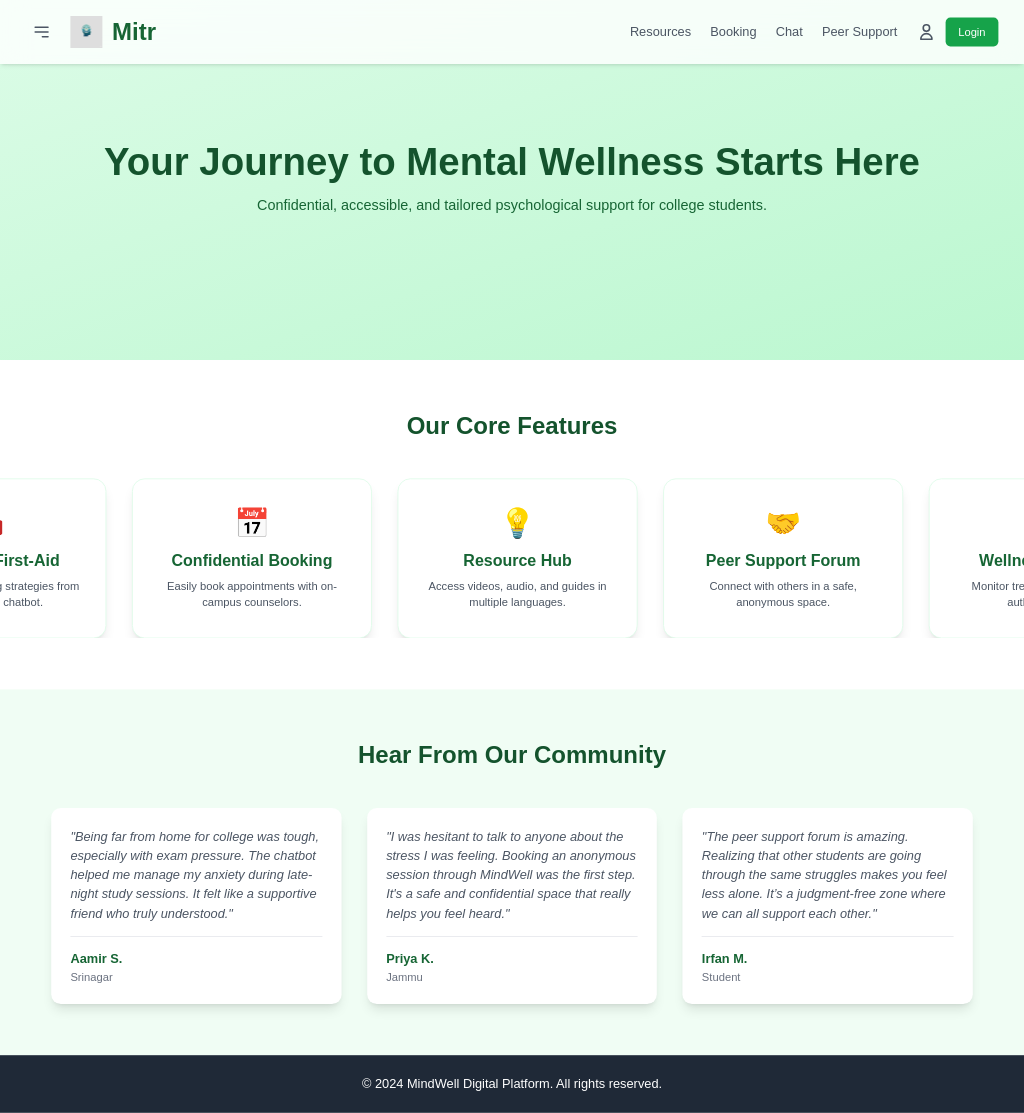
Repository: alokse24b01025/mentalhealth-project-sih-
Page: / (app in p1/)
The author's editor kept a copy of each file at every save. The page is drawn from the files as they stood at one save, then again after the next save.
The browser window is 1280 px wide. The pictures show the whole page, at 80% of full size.
The project was rebuilt for these pictures with package versions that can differ from the ones it lists, and the page was loaded fresh each time. Also part of the build but not shown: p1/vite.config.js, p1/src/components/Chatbot.jsx, p1/src/pages/ChatPage.jsx, p1/src/data/mockResources.js, p1/src/pages/ResourcesPage.jsx, p1/src/data/mockCounselors.js, p1/src/pages/BookingPage.jsx, p1/src/components/PeerSupport.jsx and 3 more.

Above is the page before, as saved 2025-09-10 14:00:49.

### p1/index.html
<!doctype html>
<html lang="en">
  <head>
    <meta charset="UTF-8" />
    <link rel="icon" type="image/svg+xml" href="/logo.png" />
    <meta name="viewport" content="width=device-width, initial-scale=1.0" />
    <title>Mitr</title>
  </head>
  <body>
    <div id="root"></div>
    <script type="module" src="/src/main.jsx"></script>
  </body>
</html>

### p1/src/App.jsx
import React from 'react';
import { BrowserRouter as Router, Routes, Route } from 'react-router-dom';
import { AuthProvider } from './AuthContext'; // Import the provider

// Import your pages
import HomePage from './pages/HomePage';
import ChatPage from './pages/ChatPage';
import ResourcesPage from './pages/ResourcesPage';
import BookingPage from './pages/BookingPage';
import PeerSupportPage from './pages/PeerSupportPage';
import AdminDashboard from './pages/AdminDashboard';
import LoginPage from './pages/LoginPage'; // Import the new login page
import './index.css';

function App() {
  return (
    <AuthProvider> {/* Wrap everything in AuthProvider */}
      <Router>
        <Routes>
          <Route path="/" element={<HomePage />} />
          <Route path="/chat" element={<ChatPage />} />
          <Route path="/resources" element={<ResourcesPage />} />
          <Route path="/booking" element={<BookingPage />} />
          <Route path="/peer-support" element={<PeerSupportPage />} />
         <Route path="/admin" element={<AdminDashboard />} />
          <Route path="/login" element={<LoginPage />} /> {/* Add the login route */}
        </Routes>
      </Router>
    </AuthProvider>
  );
}

export default App;

### p1/src/index.css
@tailwind base;
@tailwind components;
@tailwind utilities;

body {
  font-family: Arial, sans-serif;
  -webkit-font-smoothing: antialiased;
  -moz-osx-font-smoothing: grayscale;
}

### p1/src/AuthContext.jsx
import React, { useContext, useState, useEffect } from 'react';
import { auth } from './firebase';
import {
  onAuthStateChanged,
  signOut,
  signInWithEmailAndPassword
} from "firebase/auth";

const AuthContext = React.createContext();

// This is the function that was likely missing the 'export' keyword
export function useAuth() {
  return useContext(AuthContext);
}

export function AuthProvider({ children }) {
  const [currentUser, setCurrentUser] = useState(null);
  const [loading, setLoading] = useState(true);

  function login(email, password) {
    return signInWithEmailAndPassword(auth, email, password);
  }

  function logout() {
    return signOut(auth);
  }

  useEffect(() => {
    const unsubscribe = onAuthStateChanged(auth, user => {
      setCurrentUser(user);
      setLoading(false);
    });

    return unsubscribe;
  }, []);

  const value = {
    currentUser,
    login,
    logout
  };

  return (
    <AuthContext.Provider value={value}>
      {!loading && children}
    </AuthContext.Provider>
  );
}

### p1/src/pages/HomePage.jsx
import React from 'react';
import { Link } from 'react-router-dom';
import Header from '../components/Header';
import Footer from '../components/Footer';

// Define an array of features to display in the scrolling marquee
const coreFeatures = [
  { to: "/chat", title: "AI-Guided First-Aid", description: "Get immediate coping strategies from our interactive chatbot.", icon: "🤖" },
  { to: "/booking", title: "Confidential Booking", description: "Easily book appointments with on-campus counselors.", icon: "📅" },
  { to: "/resources", title: "Resource Hub", description: "Access videos, audio, and guides in multiple languages.", icon: "💡" },
  { to: "/peer-support", title: "Peer Support Forum", description: "Connect with others in a safe, anonymous space.", icon: "🤝" },
  { to: "/admin", title: "Wellness Tracking", description: "Monitor trends and insights (for authorized staff).", icon: "📊" },
];

// This component defines the look of a single clickable card
const FeatureCard = ({ to, title, description, icon }) => (
  <Link to={to} className="flex-shrink-0 w-[300px] h-[200px] mx-4 p-6 flex flex-col items-center justify-center text-center bg-white border border-green-100 rounded-2xl shadow-lg hover:shadow-2xl hover:scale-105 transform transition-all duration-300">
    <div className="text-4xl mb-3">{icon}</div>
    <h4 className="font-bold text-xl text-green-800">{title}</h4>
    <p className="text-gray-600 text-sm mt-2">{description}</p>
  </Link>
);

// --- NEW: Testimonial Data and Component ---
const testimonials = [
  { name: "Aamir S.", location: "Srinagar", quote: "Being far from home for college was tough, especially with exam pressure. The chatbot helped me manage my anxiety during late-night study sessions. It felt like a supportive friend who truly understood." },
  { name: "Priya K.", location: "Jammu", quote: "I was hesitant to talk to anyone about the stress I was feeling. Booking an anonymous session through MindWell was the first step. It's a safe and confidential space that really helps you feel heard." },
  { name: "Irfan M.", location: "Student", quote: "The peer support forum is amazing. Realizing that other students are going through the same struggles makes you feel less alone. It’s a judgment-free zone where we can all support each other." },
];

const TestimonialCard = ({ name, location, quote }) => (
    <div className="bg-white p-6 rounded-xl shadow-lg flex flex-col">
        <p className="text-gray-600 italic flex-grow">"{quote}"</p>
        <div className="mt-4 pt-4 border-t border-gray-200">
            <p className="font-bold text-green-800">{name}</p>
            <p className="text-sm text-gray-500">{location}</p>
        </div>
    </div>
);


const HomePage = () => {
  return (
    <>
      {/* This style block contains the CSS animation for the marquee effect */}
      <style>
        {`
          @keyframes scroll {
            from {
              transform: translateX(0);
            }
            to {
              transform: translateX(-100%);
            }
          }
          .scrolling-wrapper:hover .scrolling-content {
            animation-play-state: paused;
          }
        `}
      </style>

      <div className="min-h-screen flex flex-col bg-green-50">
        <Header />
        <main className="flex-1 overflow-y-auto">
          {/* Hero Section */}
          <section className="text-center h-[450px] flex items-center justify-center bg-gradient-to-br from-green-100 to-green-200">
            <div className="px-4">
              <h2 className="text-4xl md:text-5xl font-extrabold text-green-900">Your Journey to Mental Wellness Starts Here</h2>
              <p className="mt-4 text-lg text-green-800 max-w-2xl mx-auto">Confidential, accessible, and tailored psychological support for college students.</p>
            </div>
          </section>

          {/* Scrolling Features Section */}
          <section className="py-16 bg-white">
            <h3 className="text-3xl font-bold text-center text-green-900 mb-12">Our Core Features</h3>
            <div className="scrolling-wrapper w-full overflow-hidden relative">
              <div className="scrolling-content flex" style={{ animation: `scroll 40s linear infinite` }}>
                {[...coreFeatures, ...coreFeatures].map((feature, index) => (
                  <FeatureCard key={index} {...feature} />
                ))}
              </div>
            </div>
          </section>

          {/* --- NEW: Testimonials Section --- */}
          <section className="py-16 px-4 bg-green-50">
            <h3 className="text-3xl font-bold text-center text-green-900 mb-12">Hear From Our Community</h3>
            <div className="grid md:grid-cols-3 gap-8 max-w-6xl mx-auto">
                {testimonials.map((testimonial, index) => (
                    <TestimonialCard key={index} {...testimonial} />
                ))}
            </div>
          </section>

        </main>
        <Footer />
      </div>
    </>
  );
};

export default HomePage;

### p1/src/firebase.js
import { initializeApp } from "firebase/app";
import { getAuth } from "firebase/auth";

// IMPORTANT: Replace this with the firebaseConfig object you copied from the Firebase console
const firebaseConfig = {
  apiKey: "YOUR_API_KEY",
  authDomain: "YOUR_AUTH_DOMAIN",
  projectId: "YOUR_PROJECT_ID",
  storageBucket: "YOUR_STORAGE_BUCKET",
  messagingSenderId: "YOUR_MESSAGING_SENDER_ID",
  appId: "YOUR_APP_ID"
};

// Initialize Firebase
const app = initializeApp(firebaseConfig);

// Export the auth instance to be used in other parts of the app
export const auth = getAuth(app);

### p1/src/components/Header.jsx
import React, { useState, useRef, useEffect } from 'react';
import { Link, NavLink } from 'react-router-dom';
import logo from '../assets/logo.png';
import { useAuth } from '../AuthContext';

const Header = () => {
  const { currentUser, logout } = useAuth();
  const [isLoggingOut, setIsLoggingOut] = useState(false);
  const [isMenuOpen, setIsMenuOpen] = useState(false);
  const menuRef = useRef(null);

  // Effect to close the menu when clicking outside of it
  useEffect(() => {
    function handleClickOutside(event) {
      if (menuRef.current && !menuRef.current.contains(event.target)) {
        setIsMenuOpen(false);
      }
    }
    document.addEventListener("mousedown", handleClickOutside);
    return () => {
      document.removeEventListener("mousedown", handleClickOutside);
    };
  }, [menuRef]);

  const handleLogout = async () => {
    setIsLoggingOut(true);
    try {
      await logout();
      setIsMenuOpen(false);
    } catch (error) {
      console.error("Failed to log out:", error);
    } finally {
      setIsLoggingOut(false);
    }
  };

  const profileIcon = (
    <svg xmlns="http://www.w3.org/2000/svg" className="h-6 w-6" fill="none" viewBox="0 0 24" stroke="currentColor" strokeWidth={2}>
      <path strokeLinecap="round" strokeLinejoin="round" d="M16 7a4 4 0 11-8 0 4 4 0 018 0zM12 14a7 7 0 00-7 7h14a7 7 0 00-7-7z" />
    </svg>
  );

  const desktopLinkClass = "text-gray-600 hover:text-green-600 transition-colors";

  return (
    <header className="bg-white/80 backdrop-blur-lg shadow-md fixed top-0 w-full z-50">
      <div className="max-w-7xl mx-auto px-4 sm:px-6 lg:px-8">
        <div className="flex justify-between items-center h-20">

          {/* Left Side: Hamburger Menu, Logo, and Brand Name */}
          <div className="flex items-center gap-x-4">
            {/* Hamburger Button and Dropdown Menu (for future options) */}
            <div className="relative" ref={menuRef}>
              <button onClick={() => setIsMenuOpen(!isMenuOpen)} className="p-2 rounded-md text-gray-600 hover:bg-gray-100 focus:outline-none">
                <svg xmlns="http://www.w3.org/2000/svg" className="h-6 w-6" fill="none" viewBox="0 0 24 24" stroke="currentColor">
                  <path strokeLinecap="round" strokeLinejoin="round" strokeWidth={2} d="M4 6h16M4 12h16m-7 6h7" />
                </svg>
              </button>

              {/* Dropdown Menu Panel - Placeholder for now */}
              {isMenuOpen && (
                <div className="absolute top-14 left-0 w-64 bg-white/95 backdrop-blur-lg border border-gray-200 rounded-lg shadow-xl py-4 px-4">
                  <p className="text-center text-gray-500">More options will be added here soon.</p>
                </div>
              )}
            </div>

            {/* Logo and Brand */}
            <Link to="/" className="flex items-center gap-x-3">
              <img src={logo} alt="MindWell Logo" className="h-10 w-auto" />
              <span className="text-3xl font-bold text-green-800 hidden sm:block">Mitr</span>
            </Link>
          </div>

          {/* Right side: Nav Links and Auth Buttons */}
          <div className="flex items-center">
            {/* Desktop Navigation Links - hidden on small screens */}
            <nav className="hidden md:flex items-center space-x-6 mr-6">
              <NavLink to="/resources" className={desktopLinkClass}>Resources</NavLink>
              <NavLink to="/booking" className={desktopLinkClass}>Booking</NavLink>
              <NavLink to="/chat" className={desktopLinkClass}>Chat</NavLink>
              <NavLink to="/peer-support" className={desktopLinkClass}>Peer Support</NavLink>
            </nav>

            {/* Auth Buttons */}
            <div className="flex items-center space-x-3">
              {currentUser ? (
                <div className="flex items-center space-x-3">
                  <span className="text-gray-600">{profileIcon}</span>
                  <button onClick={handleLogout} disabled={isLoggingOut} className={`text-white px-4 py-2 text-sm rounded-md transition-colors ${isLoggingOut ? 'bg-red-300 cursor-not-allowed' : 'bg-red-500 hover:bg-red-600'}`}>
                    {isLoggingOut ? '...' : 'Logout'}
                  </button>
                </div>
              ) : (
                <div className="flex items-center space-x-3">
                  <Link to="/login" className="text-gray-600 hover:text-green-600">{profileIcon}</Link>
                  <Link to="/login" className="bg-green-600 text-white px-4 py-2 text-sm rounded-md hover:bg-green-700 transition-colors">Login</Link>
                </div>
              )}
            </div>
          </div>
        </div>
      </div>
    </header>
  );
};

export default Header;

### p1/src/components/Footer.jsx
import React from 'react';

const Footer = () => {
  return (
    <footer className="bg-gray-800 text-white p-6 text-center">
      <p>&copy; 2024 MindWell Digital Platform. All rights reserved.</p>
    </footer>
  );
};
export default Footer;

Loaded but not shown: p1/src/main.jsx (common file); p1/tailwind.config.js (common file)

After the next save:
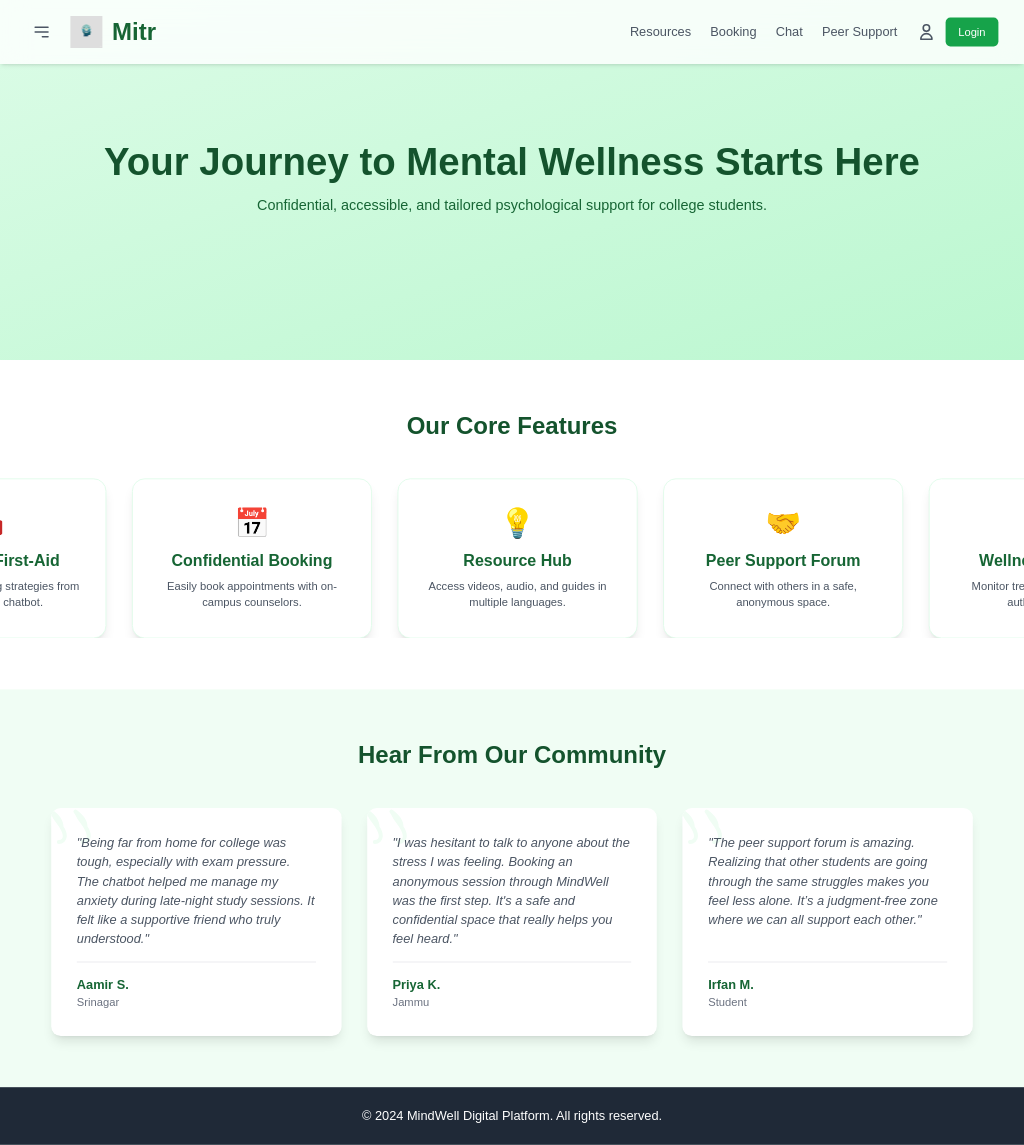
Saved 2 min 39 s later.
--- a/p1/src/pages/HomePage.jsx
+++ b/p1/src/pages/HomePage.jsx
@@ -21,40 +21,52 @@ const FeatureCard = ({ to, title, description, icon }) => (
   </Link>
 );
 
-// --- NEW: Testimonial Data and Component ---
+// --- UPDATED: Testimonial Data and Component ---
 const testimonials = [
   { name: "Aamir S.", location: "Srinagar", quote: "Being far from home for college was tough, especially with exam pressure. The chatbot helped me manage my anxiety during late-night study sessions. It felt like a supportive friend who truly understood." },
   { name: "Priya K.", location: "Jammu", quote: "I was hesitant to talk to anyone about the stress I was feeling. Booking an anonymous session through MindWell was the first step. It's a safe and confidential space that really helps you feel heard." },
   { name: "Irfan M.", location: "Student", quote: "The peer support forum is amazing. Realizing that other students are going through the same struggles makes you feel less alone. It’s a judgment-free zone where we can all support each other." },
 ];
 
-const TestimonialCard = ({ name, location, quote }) => (
-    <div className="bg-white p-6 rounded-xl shadow-lg flex flex-col">
-        <p className="text-gray-600 italic flex-grow">"{quote}"</p>
-        <div className="mt-4 pt-4 border-t border-gray-200">
+const TestimonialCard = ({ name, location, quote, delay }) => (
+    <div
+        className="bg-white p-8 rounded-xl shadow-lg flex flex-col relative overflow-hidden opacity-0"
+        style={{ animation: `slideUp 0.6s ease-out forwards`, animationDelay: delay }}
+    >
+        <svg className="absolute -top-2 -left-2 w-20 h-20 text-green-50 z-0" fill="currentColor" viewBox="0 0 32 32">
+            <path d="M9.33,12.44C10.84,14.61,11,16.23,11,17.26a4,4,0,0,1-4,4,1,1,0,0,1,0-2,2,2,0,0,0,2-2c0-2.3-2.19-5.18-4.4-8.15C2.86,5.86,2.68,5.7,2.5,5.55A1,1,0,0,1,4,4.24c3.41,2.54,5.43,5.49,5.33,8.2Z"/>
+            <path d="M21.33,12.44c1.51,2.17,1.67,3.79,1.67,4.82a4,4,0,0,1-4,4,1,1,0,0,1,0-2,2,2,0,0,0,2-2c0-2.3-2.19-5.18-4.4-8.15C14.86,5.86,14.68,5.7,14.5,5.55a1,1,0,0,1,1.5-1.31c3.41,2.54,5.43,5.49,5.33,8.2Z"/>
+        </svg>
+        <p className="text-gray-600 italic flex-grow z-10 relative">"{quote}"</p>
+        <div className="mt-4 pt-4 border-t border-gray-200 z-10 relative">
             <p className="font-bold text-green-800">{name}</p>
             <p className="text-sm text-gray-500">{location}</p>
         </div>
     </div>
 );
 
-
 const HomePage = () => {
   return (
     <>
-      {/* This style block contains the CSS animation for the marquee effect */}
+      {/* --- UPDATED: New animation added for testimonials --- */}
       <style>
         {`
           @keyframes scroll {
-            from {
-              transform: translateX(0);
-            }
-            to {
-              transform: translateX(-100%);
-            }
+            from { transform: translateX(0); }
+            to { transform: translateX(-100%); }
           }
           .scrolling-wrapper:hover .scrolling-content {
             animation-play-state: paused;
+          }
+          @keyframes slideUp {
+            from {
+                opacity: 0;
+                transform: translateY(40px);
+            }
+            to {
+                opacity: 1;
+                transform: translateY(0);
+            }
           }
         `}
       </style>
@@ -82,12 +94,12 @@ const HomePage = () => {
             </div>
           </section>
 
-          {/* --- NEW: Testimonials Section --- */}
+          {/* --- UPDATED: Testimonials Section with Animation --- */}
           <section className="py-16 px-4 bg-green-50">
             <h3 className="text-3xl font-bold text-center text-green-900 mb-12">Hear From Our Community</h3>
             <div className="grid md:grid-cols-3 gap-8 max-w-6xl mx-auto">
                 {testimonials.map((testimonial, index) => (
-                    <TestimonialCard key={index} {...testimonial} />
+                    <TestimonialCard key={index} {...testimonial} delay={`${index * 200}ms`} />
                 ))}
             </div>
           </section>
